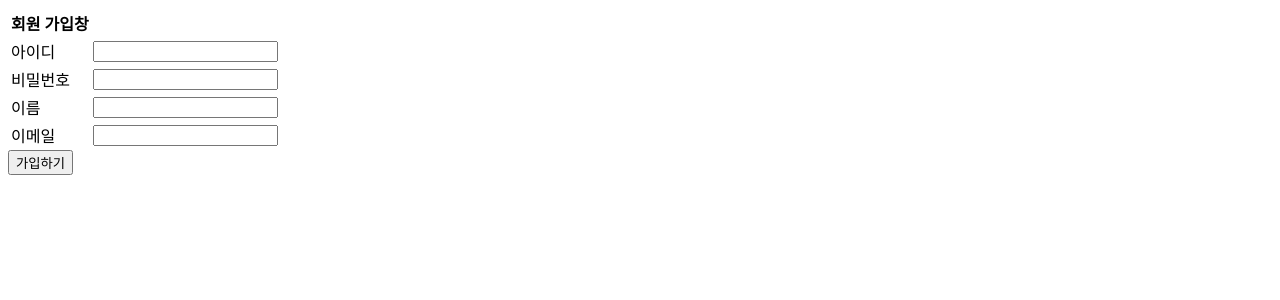
Repository: MyeongHyeonYoo/jsp_data
Page: pro07/src/main/webapp/memberForm.html
These files come from the project's save history. The page is drawn as it stood at one moment and after the next save; the edit follows.
The browser window is 1280 px wide. The pictures show the whole page.

Above is the page before, as saved 2022-12-07 07:43:07.

### pro07/src/main/webapp/memberForm.html
<!DOCTYPE html>
	<html>
	<head>
	<meta charset="UTF-8">
	<title>회원 가입창</title>
	<script>
		function fn_sendMember() {
			let frmMember = document.frmMember;
			let id = frmMember.id.value;
			let pwd = frmMember.pwd.value;
			let name = frmMember.name.value;
			let email = frmMember.email.value;
				if (id.length == 0 || id == "") {
					alert("아이디는 필수입니다.");
				}
				else if (pwd.length == 0 || pwd == "") {
					alert("비밀번호는 필수입니다.");
				}
				else if (name.length == 0 || name == "") {
					alert("이름은 필수입니다.");
				}
				else if (email.length == 0 || email == "") {
					alert("이메일은 필수입니다.");
				}
				else {
					frmMember.method = "post";
					frmMember.action = "member3";
					frmMeber.submit();
				}

		}
	</script>
	</head>

	<body>
		<form name="frmMember">
			<table>
				<th>회원 가입창</th>
				<tr>
					<td>아이디</td>
					<td><input type="text" name="id"></td>
				</tr>
				<tr>
					<td>비밀번호</td>
					<td><input type="password" name="pwd"></td>
				</tr>
				<tr>
					<td>이름</td>
					<td><input type="text" name="name"></td>
				</tr>
				<tr>
					<td>이메일</td>
					<td><input type="text" name="email"></td>
				</tr>
			</table>
			<input type="button" value="가입하기" onclick="fn_sendMember()">
		</form>
	</body>
</html>

After the next save:
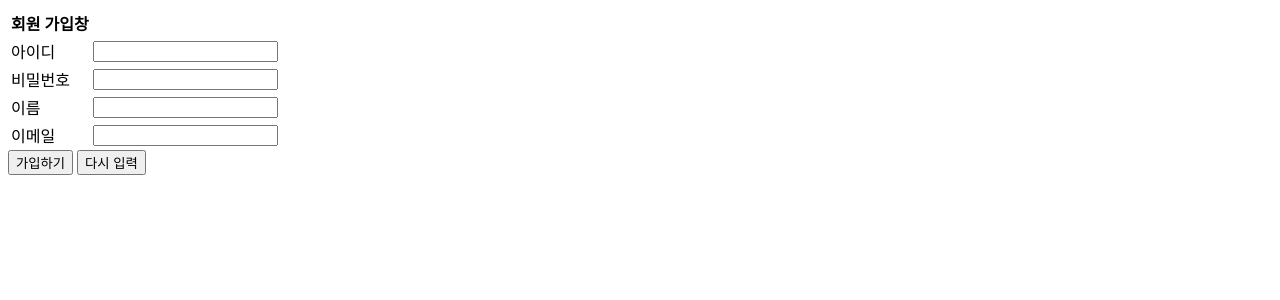
Saved 19 s later.
--- a/pro07/src/main/webapp/memberForm.html
+++ b/pro07/src/main/webapp/memberForm.html
@@ -54,6 +54,7 @@
 				</tr>
 			</table>
 			<input type="button" value="가입하기" onclick="fn_sendMember()">
+			<input type="reset" value="다시 입력">
 		</form>
 	</body>
 </html>
